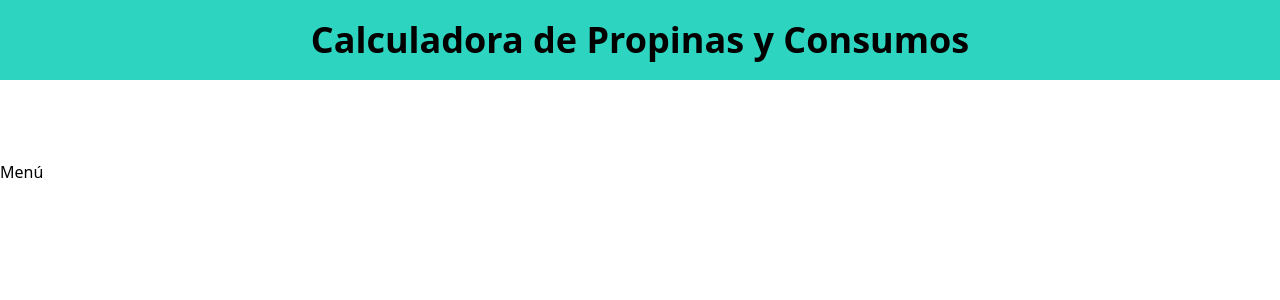
Repository: Matiiu/tip-calculator
Page: /
An editor plug-in stored every save of this project. The page is shown before and after the next save, followed by the edit.
The browser window is 1280 px wide. The pictures show the whole page.
The project was rebuilt for these pictures with package versions that can differ from the ones it lists, and the page was loaded fresh each time. Also part of the build but not shown: vite.config.ts.

Above is the page before, as saved 2024-03-29 09:35:49.

### src/App.tsx
import Header from "./components/Header";
import { menuItems } from "./api/db";

export default function App() {
  return (
    <>
    <Header />
      <main className="max-w-7xl mx-auto py-20">
        <h2 className="">Menú</h2>
      </main>
    </>
  )
}

### src/components/Header.tsx
export default function Header() {
  return (
    <header className="bg-teal-400 py-5">
        <h1 className="text-center text-4xl font-black">Calculadora de Propinas y Consumos</h1>
    </header>
  )
}

Loaded but not shown: index.html (common file); src/main.tsx (common file); src/index.css (common file); tailwind.config.js (common file)

After the next save:
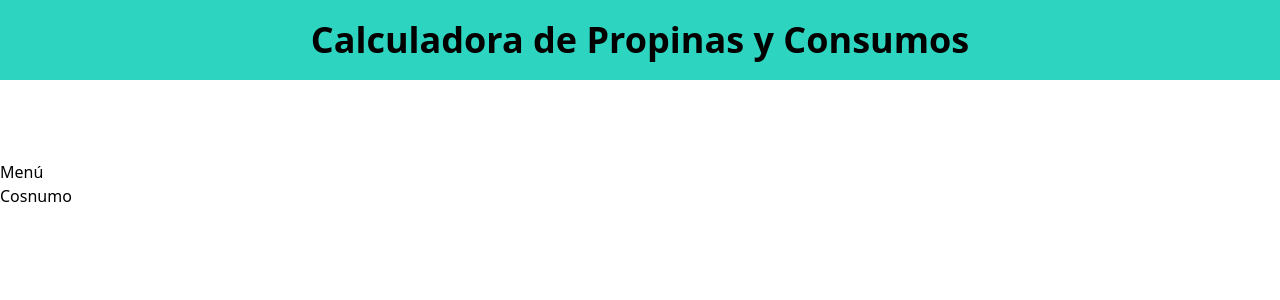
Saved 19 s later.
--- a/src/App.tsx
+++ b/src/App.tsx
@@ -7,6 +7,7 @@ export default function App() {
     <Header />
       <main className="max-w-7xl mx-auto py-20">
         <h2 className="">Menú</h2>
+        <h2>Cosnumo</h2>
       </main>
     </>
   )
